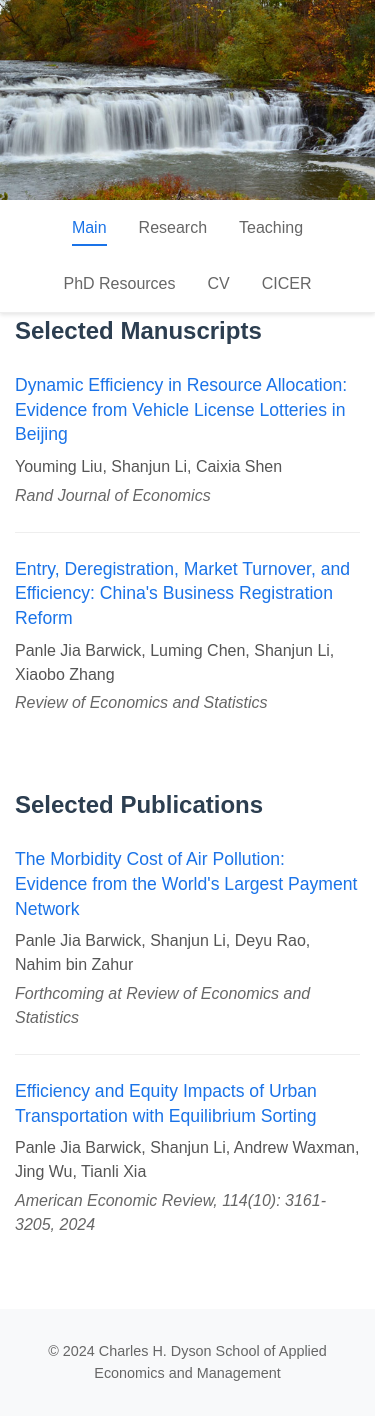
Repository: huang-heavenly-Emperor/k1_project
Page: index.html
The author's editor kept a copy of each file at every save. The page is drawn from the files as they stood at one save, then again after the next save.
The browser window is 375 px wide. The pictures show the whole page.

Above is the page before, as saved 2024-11-17 02:56:29.

After the next save:
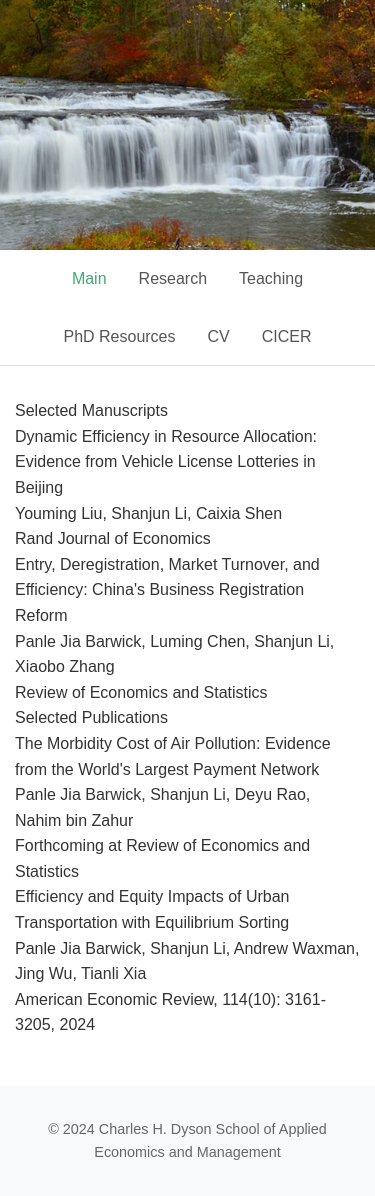
Saved 1 s later.
--- a/index.css
+++ b/index.css
@@ -1,14 +1,20 @@
-/* Main styles */
+/* Global styles */
+body {
+    font-family: Arial, sans-serif;
+    line-height: 1.6;
+    color: #333;
+}
+
 .container {
     max-width: 1150px;
     margin: 0 auto;
     padding: 0 20px;
 }
 
-/* Header styles */
+/* Header and Banner */
 .banner {
     width: 100%;
-    height: 300px;
+    height: 400px;
     overflow: hidden;
     position: relative;
 }
@@ -19,120 +25,127 @@
     object-fit: cover;
 }
 
-/* Navigation styles */
+/* Navigation */
 nav {
-    background-color: #fff;
-    border-bottom: 1px solid #eee;
-    box-shadow: 0 2px 4px rgba(0,0,0,0.1);
+    background: #fff;
+    border-bottom: 1px solid #e0e0e0;
+    margin-bottom: 2rem;
+}
+
+nav .container {
+    height: 60px;
 }
 
 nav ul {
+    height: 100%;
     display: flex;
-    gap: 2rem;
-    height: 60px;
     align-items: center;
+    gap: 3rem;
 }
 
 nav a {
-    color: #666;
+    color: #555;
     font-size: 1rem;
-    padding: 0.5rem 0;
-    transition: color 0.3s ease;
-    position: relative;
+    text-decoration: none;
+    transition: color 0.3s;
 }
 
 nav a:hover,
 nav a.active {
-    color: #1a73e8;
+    color: #42A974;
 }
 
-nav a::after {
-    content: '';
-    position: absolute;
-    bottom: -2px;
-    left: 0;
-    width: 100%;
-    height: 2px;
-    background-color: #1a73e8;
-    transform: scaleX(0);
-    transition: transform 0.3s ease;
+/* Main Content */
+.profile-section {
+    display: flex;
+    gap: 2rem;
+    margin: 2rem 0;
 }
 
-nav a:hover::after,
-nav a.active::after {
-    transform: scaleX(1);
+.profile-image {
+    flex: 0 0 300px;
 }
 
-/* Main content styles */
-main {
-    padding: 3rem 0;
+.profile-image img {
+    width: 100%;
+    height: auto;
+    border-radius: 4px;
 }
 
-section {
-    margin-bottom: 3rem;
+.profile-content {
+    flex: 1;
 }
 
-section h2 {
-    font-size: 1.5rem;
-    font-weight: 600;
+.intro, .roles, .affiliations {
     margin-bottom: 1.5rem;
-    color: #2c3e50;
 }
 
-section ul li {
-    margin-bottom: 1.5rem;
-    padding-bottom: 1.5rem;
-    border-bottom: 1px solid #eee;
+.profile-content p {
+    margin-bottom: 1rem;
 }
 
-section ul li:last-child {
-    border-bottom: none;
+.profile-content a {
+    color: #42A974;
+    text-decoration: none;
+    transition: color 0.3s;
 }
 
-.title {
-    color: #1a73e8;
-    font-size: 1.1rem;
-    margin-bottom: 0.5rem;
-    line-height: 1.4;
+.profile-content a:hover {
+    color: #357d5b;
+    text-decoration: underline;
 }
 
-.authors {
-    color: #555;
-    margin-bottom: 0.3rem;
+.contact {
+    margin-top: 2rem;
+    padding-top: 1rem;
+    border-top: 1px solid #e0e0e0;
 }
 
-.journal {
-    color: #666;
-    font-style: italic;
+.contact a {
+    color: #42A974;
 }
 
-/* Footer styles */
+/* Footer */
 footer {
-    background-color: #f8f9fa;
+    margin-top: 3rem;
     padding: 2rem 0;
-    margin-top: 2rem;
-}
-
-footer p {
+    background: #f8f9fa;
     text-align: center;
     color: #666;
     font-size: 0.9rem;
 }
 
-/* Responsive design */
-@media (max-width: 768px) {
+/* Responsive Design */
+@media (max-width: 900px) {
+    .profile-section {
+        flex-direction: column;
+    }
+
+    .profile-image {
+        flex: 0 0 auto;
+        max-width: 250px;
+        margin: 0 auto;
+    }
+
     nav ul {
+        justify-content: center;
         flex-wrap: wrap;
-        justify-content: center;
+        padding: 1rem 0;
         height: auto;
-        padding: 1rem 0;
+        gap: 2rem;
+    }
+
+    nav .container {
+        height: auto;
+    }
+}
+
+@media (max-width: 600px) {
+    .banner {
+        height: 250px;
     }
 
     .container {
         padding: 0 15px;
     }
-
-    .banner {
-        height: 200px;
-    }
 }
